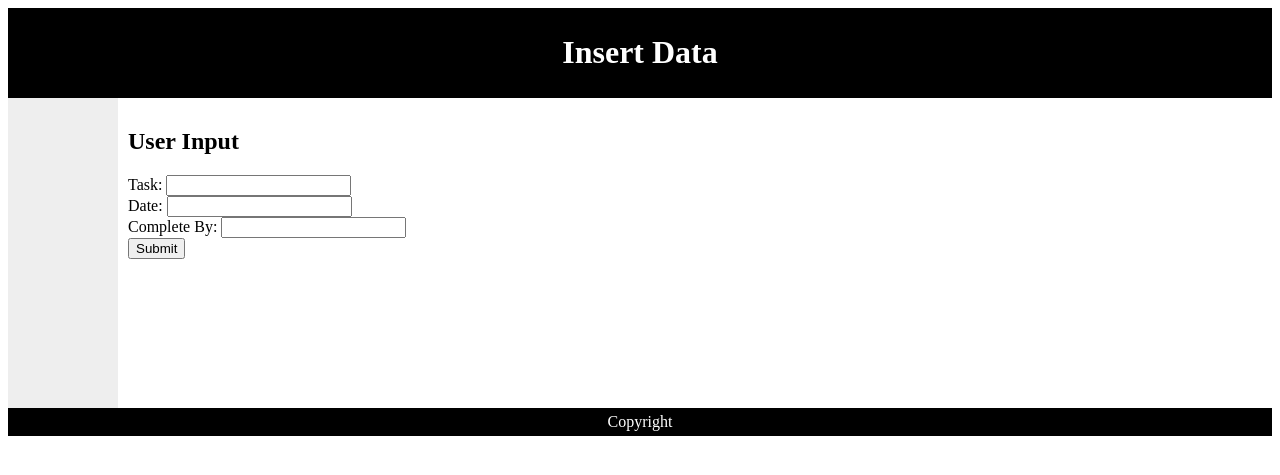
Repository: huappy/Tech-Exercise
Page: workspace4830-Tech_Exercise-Hausman/Tech_Exercise_Hausman/src/main/webapp/InsertTask.html
The author's editor kept a copy of each file at every save. The page is drawn from the files as they stood at one save, then again after the next save.
The browser window is 1280 px wide. The pictures show the whole page.

Above is the page before, as saved 2023-03-22 08:39:34.

### workspace4830-Tech_Exercise-Hausman/Tech_Exercise_Hausman/src/main/webapp/InsertTask.html
<html>
<head>
<style>
header {
    background-color:black;
    color:white;
    text-align:center;
    padding:5px;
}
nav {
    line-height:30px;
    background-color:#eeeeee;
    height:300px;
    width:100px;
    float:left;
    padding:5px;
}
section {
    width:350px;
    float:left;
    padding:10px;
}
footer {
    background-color:black;
    color:white;
    clear:both;
    text-align:center;
    padding:5px;
}
</style>
</head>

<body>
<header>
<h1> Insert Data </h1>
</header>

<nav>

</nav>

<section>
	<h1>User Input</h1>

	<form action="InsertTask" method="POST">

		Task: <input type="text" name="task"> <br />
		Date: <input type="text" name="date"> <br />
		Complete By: <input type="text" name="complete_by"> <br />


		<input type="submit" value="Submit" />
	</form>

</section>

<footer>
Copyright
</footer>
</body>
</html>

After the next save:
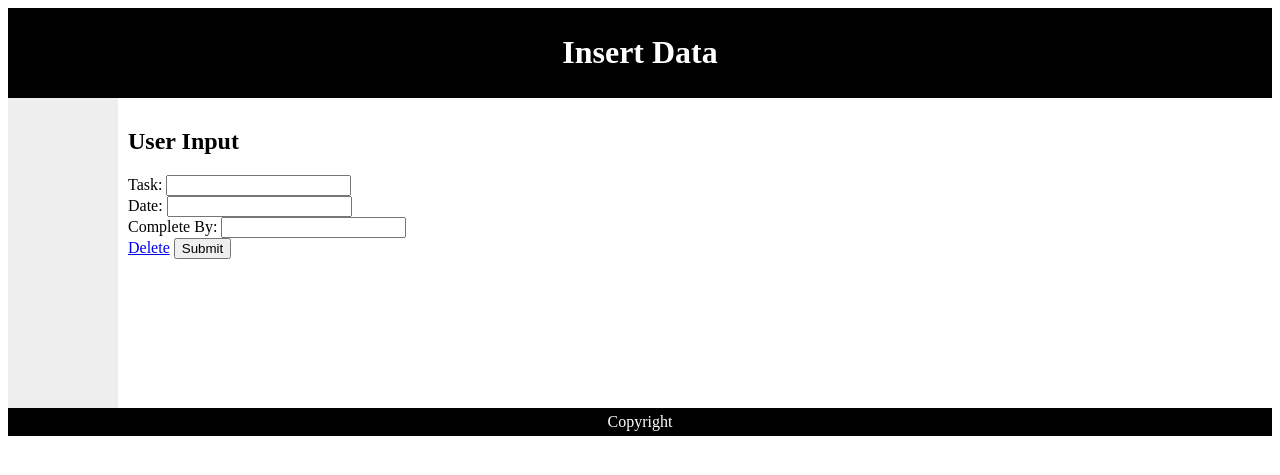
Saved 12 h 43 min later.
--- a/workspace4830-Tech_Exercise-Hausman/Tech_Exercise_Hausman/src/main/webapp/InsertTask.html
+++ b/workspace4830-Tech_Exercise-Hausman/Tech_Exercise_Hausman/src/main/webapp/InsertTask.html
@@ -47,6 +47,7 @@
 		Task: <input type="text" name="task"> <br />
 		Date: <input type="text" name="date"> <br />
 		Complete By: <input type="text" name="complete_by"> <br />
+		<a href="/delete">Delete</a>
 
 
 		<input type="submit" value="Submit" />

After the save that followed:
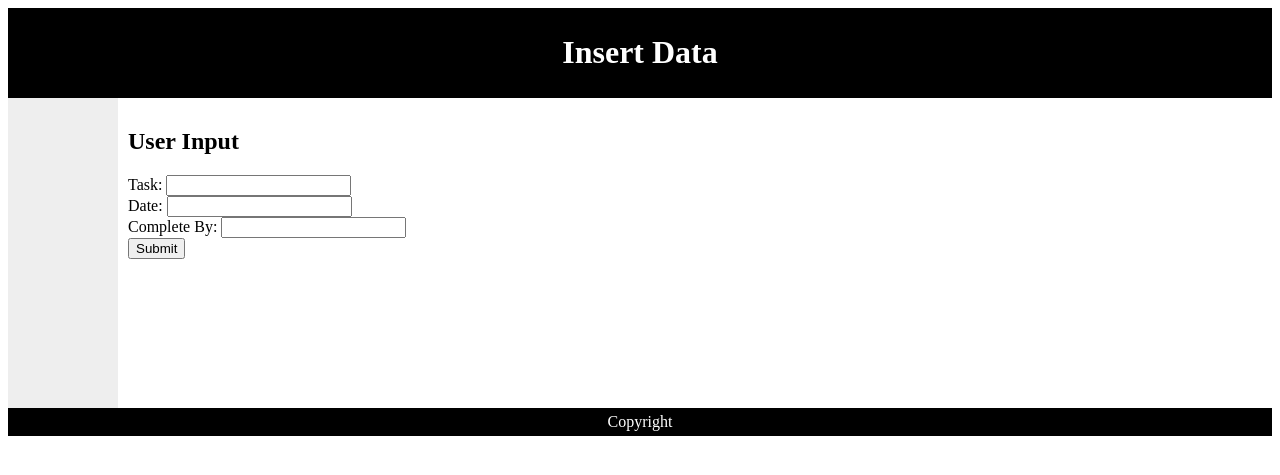
Saved 7 min 24 s later.
--- a/workspace4830-Tech_Exercise-Hausman/Tech_Exercise_Hausman/src/main/webapp/InsertTask.html
+++ b/workspace4830-Tech_Exercise-Hausman/Tech_Exercise_Hausman/src/main/webapp/InsertTask.html
@@ -47,7 +47,7 @@
 		Task: <input type="text" name="task"> <br />
 		Date: <input type="text" name="date"> <br />
 		Complete By: <input type="text" name="complete_by"> <br />
-		<a href="/delete">Delete</a>
+
 
 
 		<input type="submit" value="Submit" />
